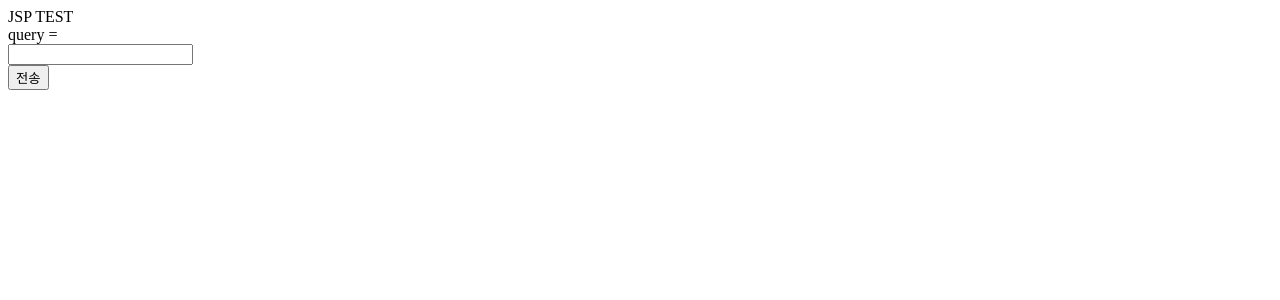
Repository: sontaku/learning_js
Page: http://localhost/form_jsp/form_res.jsp
An editor plug-in stored every save of this project. The page is shown before and after the next save, followed by the edit.
The browser window is 1280 px wide. The pictures show the whole page.
The page is served by Tomcat 9.

Above is the page before, as saved 2021-03-04 06:21:55.

After the next save:
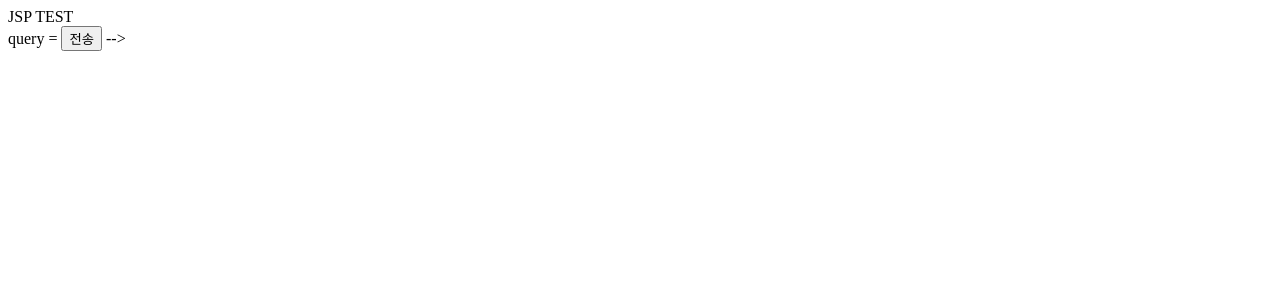
Saved 26 s later.
--- a/ajax/form_jsp/WebContent/form_res.jsp
+++ b/ajax/form_jsp/WebContent/form_res.jsp
@@ -9,7 +9,8 @@
 <body>
 
 JSP TEST <br>
-query = ${param.query}
+query = ${param.query }
+<!--
   <form action="http://localhost:8081/form_jsp/form_res.jsp">
         <input type="text" name="query" id="네이버"><br>
 
@@ -18,5 +19,6 @@
         <input type="submit" value="전송">
         <!-- 2개 이상 검색창은 submit -->
     </form>
+ -->
 </body>
 </html>

After the save that followed:
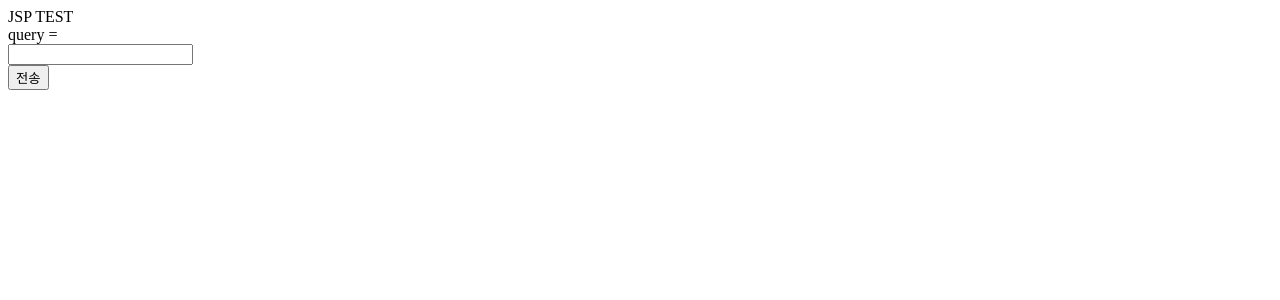
Saved 17 s later.
--- a/ajax/form_jsp/WebContent/form_res.jsp
+++ b/ajax/form_jsp/WebContent/form_res.jsp
@@ -10,7 +10,7 @@
 
 JSP TEST <br>
 query = ${param.query }
-<!--
+
   <form action="http://localhost:8081/form_jsp/form_res.jsp">
         <input type="text" name="query" id="네이버"><br>
 
@@ -19,6 +19,5 @@
         <input type="submit" value="전송">
         <!-- 2개 이상 검색창은 submit -->
     </form>
- -->
 </body>
 </html>
